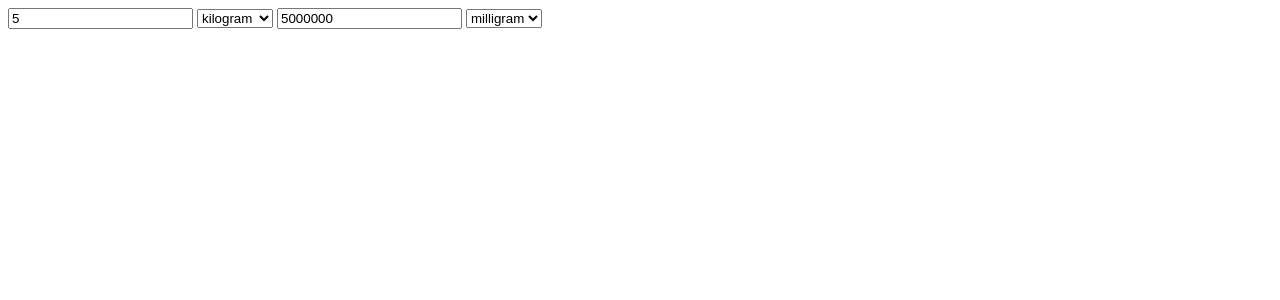
Repository: Eugene44-hub/weight-converter
Page: index.html
An editor plug-in stored every save of this project. The page is shown before and after the next save, followed by the edit.
The browser window is 1280 px wide. The pictures show the whole page.
Empty fields were first filled with sample values (such as "Sample", 5 or name@example.com).
After loading, the first visible `#typed` was changed once.

Above is the page before, as saved 2021-09-20 02:48:35.

### index.html
<!DOCTYPE html>
<html lang="en">

<head>
    <meta charset="UTF-8">
    <meta http-equiv="X-UA-Compatible" content="IE=edge">
    <meta name="viewport" content="width=device-width, initial-scale=1.0">
    <link rel="stylesheet" href="style.css">
    <title>Document</title>
</head>

<body>
    <input type="number" id="typed">
    <select name="" id="in-weight">
      <option value="kg">kilogram</option>
      <option value="ou">ounce</option>
      <option value="mg">milligram</option>
    </select>
    <input type="number" id="output">
    <select name="" id="out-weight">
      <option value="mg">milligram</option>
      <option value="ou">ounce</option>
      <option value="kg">kilogram</option>
    </select>
    <script src="app.js"></script>
</body>

</html>

### app.js
let typed = document.querySelector('#typed');
let output = document.querySelector('#output');
let select = document.querySelector('#in-weight');
let select2 = document.querySelector('#out-weight');

select2.addEventListener('change', e => {

    console.log(e.target.value)
})

select.addEventListener('change', e => {

    console.log(e.target.value)
})

typed.addEventListener('input',
    e => {

        if (select2.value === 'mg' && select.value === 'kg') {
            output.value = Number(e.target.value) / Math.pow(10, -6)
        } else if (select2.value === "ou" && select.value === 'mg') {
            output.value = Number(e.target.value) * 0.000035274
        } else if (select2.value === "ou" && select.value === 'kg') {
            output.value = Number(e.target.value) / 35.274
        } else if (select2.value === "kg" && select.value === 'ou') {
            output.value = Number(e.target.value) / 0.000035274
        } else if (select2.value === "mg" && select.value === 'ou') {
            output.value = Number(e.target.value) / 28350
        } else if (select2.value === "kg" && select.value === 'mg') {
            output.value = Number(e.target.value) / Math.pow(10, 6)
        }

    })

output.addEventListener('input',
    e => {
        if (select2.value === 'mg' && select.value === 'kg') {
            typed.value = Number(e.target.value) / Math.pow(10, 6)
        }
        if (select2.value === "mg" && select.value === 'ou') {
            typed.value = Number(e.target.value) * 0.000035274
        } else if (select2.value === "ou" && select.value === 'kg') {
            typed.value = Number(e.target.value) / 35.274
        } else if (select2.value === "kg" && select.value === 'ou') {
            typed.value = Number(e.target.value) * 35.274
        } else if (select2.value === "ou" && select.value === 'mg') {
            typed.value = Number(e.target.value) / 0.000035274
        } else if (select2.value === "kg" && select.value === 'mg') {
            typed.value = Number(e.target.value) * Math.pow(10, 6)
        }


    })

Loaded but not shown: style.css (no copy from this time; the picture is the same without it)

After the next save:
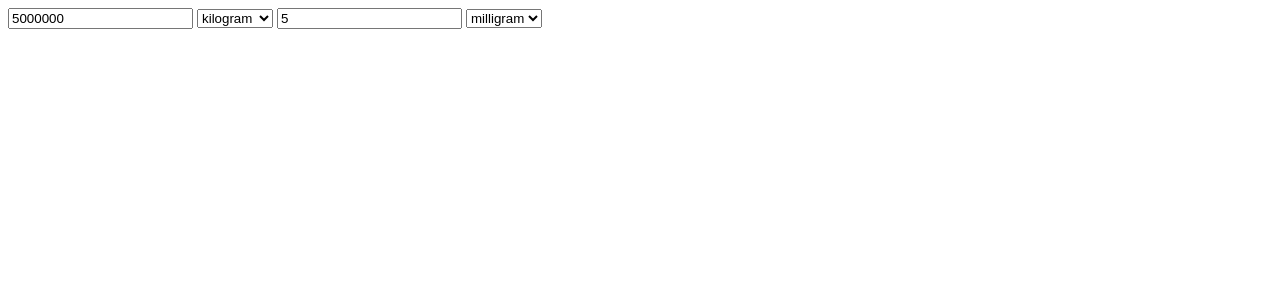
Saved 30 s later.
--- a/app.js
+++ b/app.js
@@ -17,7 +17,8 @@
     e => {
 
         if (select2.value === 'mg' && select.value === 'kg') {
-            output.value = Number(e.target.value) / Math.pow(10, -6)
+            typed.value = Number(e.target.value) * Math.pow(10, 6)
+
         } else if (select2.value === "ou" && select.value === 'mg') {
             output.value = Number(e.target.value) * 0.000035274
         } else if (select2.value === "ou" && select.value === 'kg') {

After the 2 saves that followed:
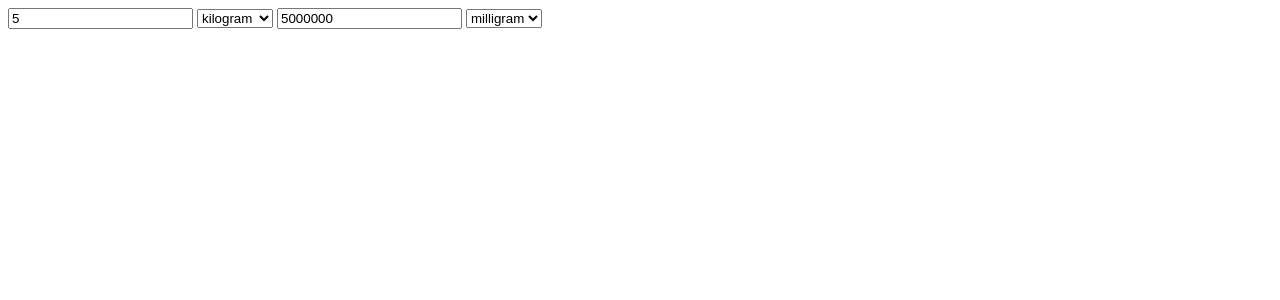
The 2 saves are shown as one change because 1 left the picture as it was.
The last was saved 119 s later.
--- a/app.js
+++ b/app.js
@@ -17,8 +17,7 @@
     e => {
 
         if (select2.value === 'mg' && select.value === 'kg') {
-            typed.value = Number(e.target.value) * Math.pow(10, 6)
-
+            output.value = Number(e.target.value) * Math.pow(10, 6)
         } else if (select2.value === "ou" && select.value === 'mg') {
             output.value = Number(e.target.value) * 0.000035274
         } else if (select2.value === "ou" && select.value === 'kg') {
